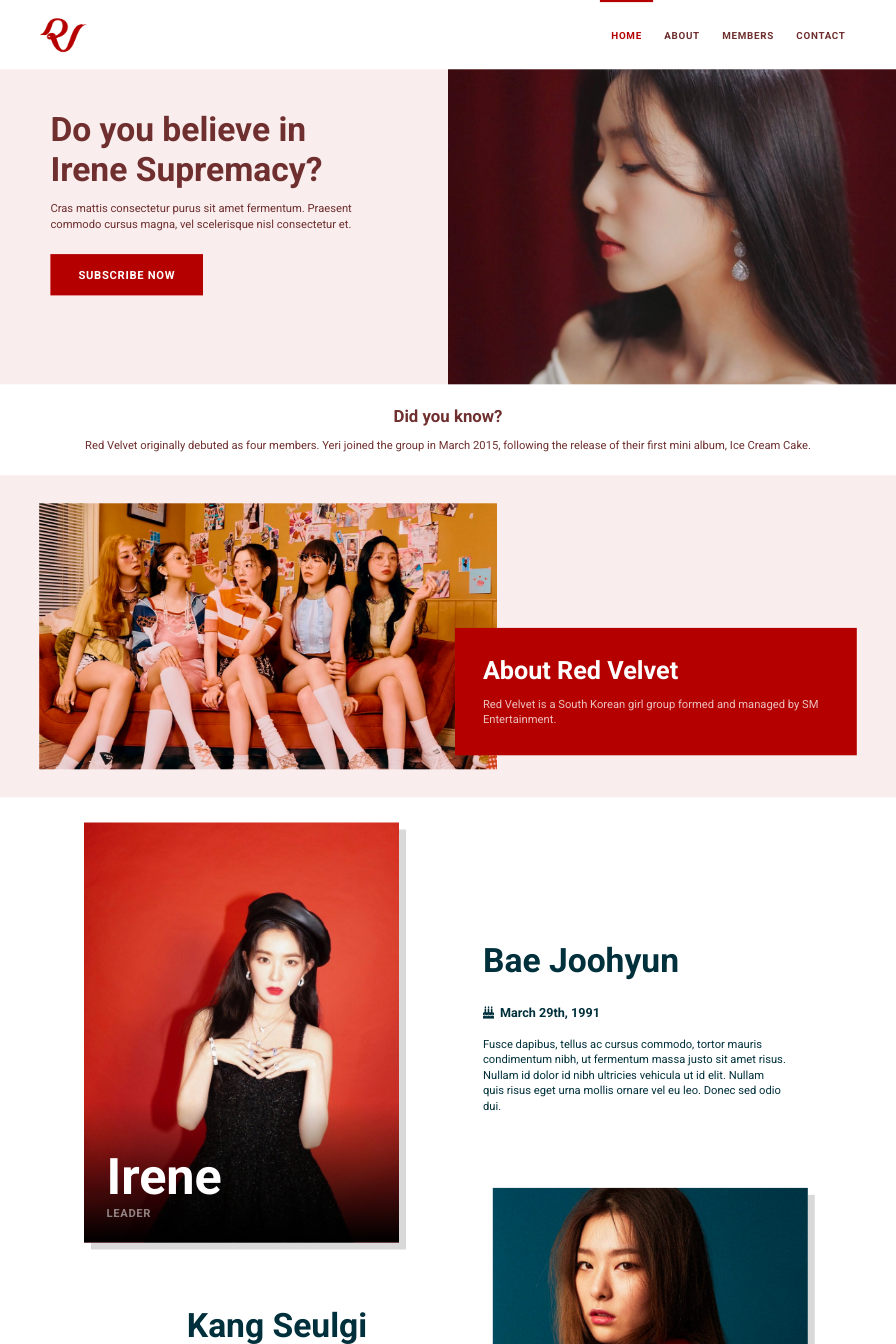
Repository: stillnotdavid/eternity-university
Page: app/index.html
The author's editor kept a copy of each file at every save. The page is drawn from the files as they stood at one save, then again after the next save.
The browser window is 1280 px wide. The pictures show the part of the page from y = 0 to 1920 px (the page is 3377 px tall), at 70% of full size.
The style sheet was rebuilt from its Sass, Less or Tailwind sources for each picture, by a compiler version that may differ from the author's.

Above is the page before, as saved 2021-12-05 21:31:48.

After the next save:
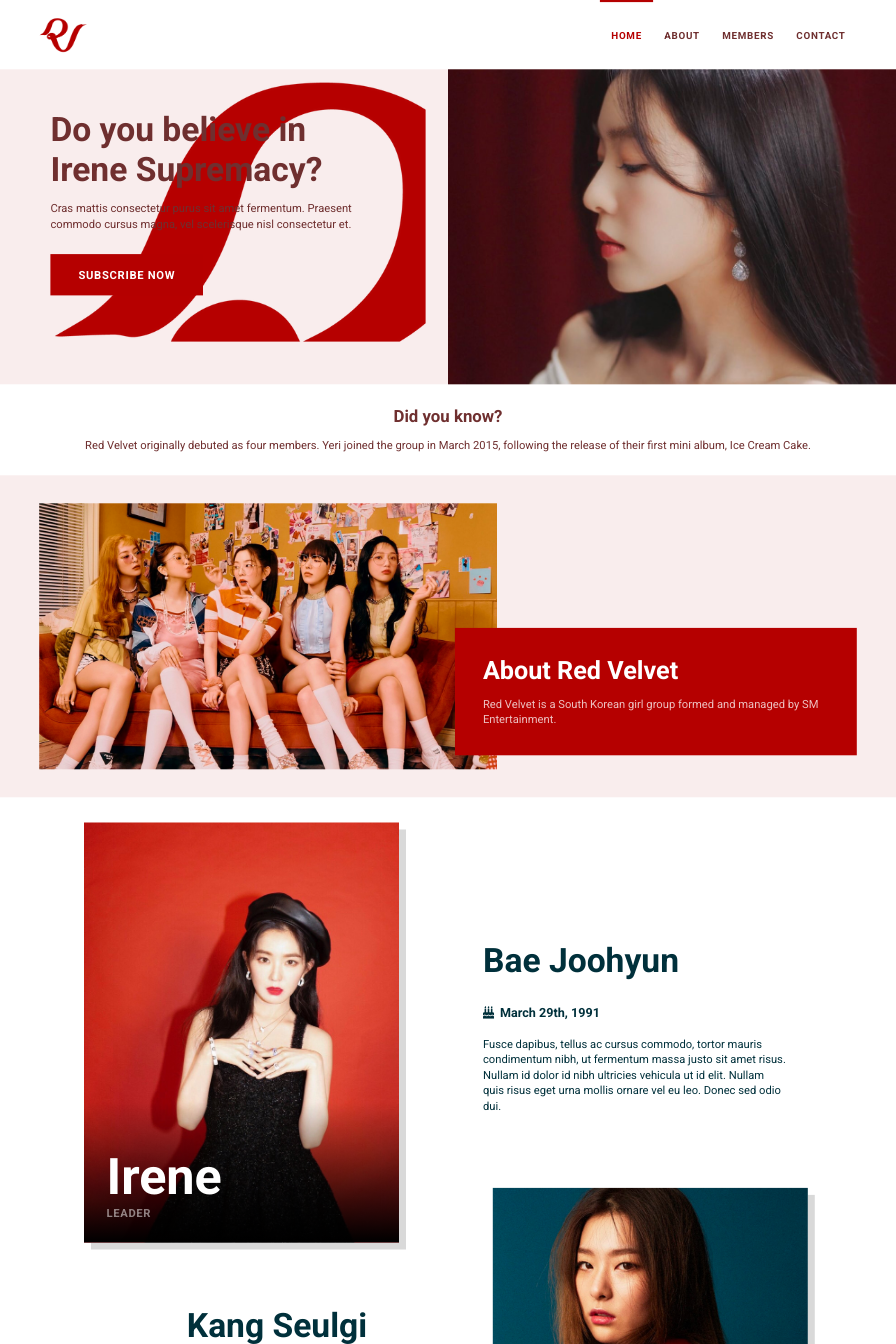
Saved 109 s later.
--- a/app/styles/components/_hero.scss
+++ b/app/styles/components/_hero.scss
@@ -12,6 +12,7 @@
   &__cta {
     flex: 0 0 50%;
     padding: 50px 100px 50px 0;
+    background-image: url(../../images/logo.png);
   }
 
   &__image {

After the save that followed:
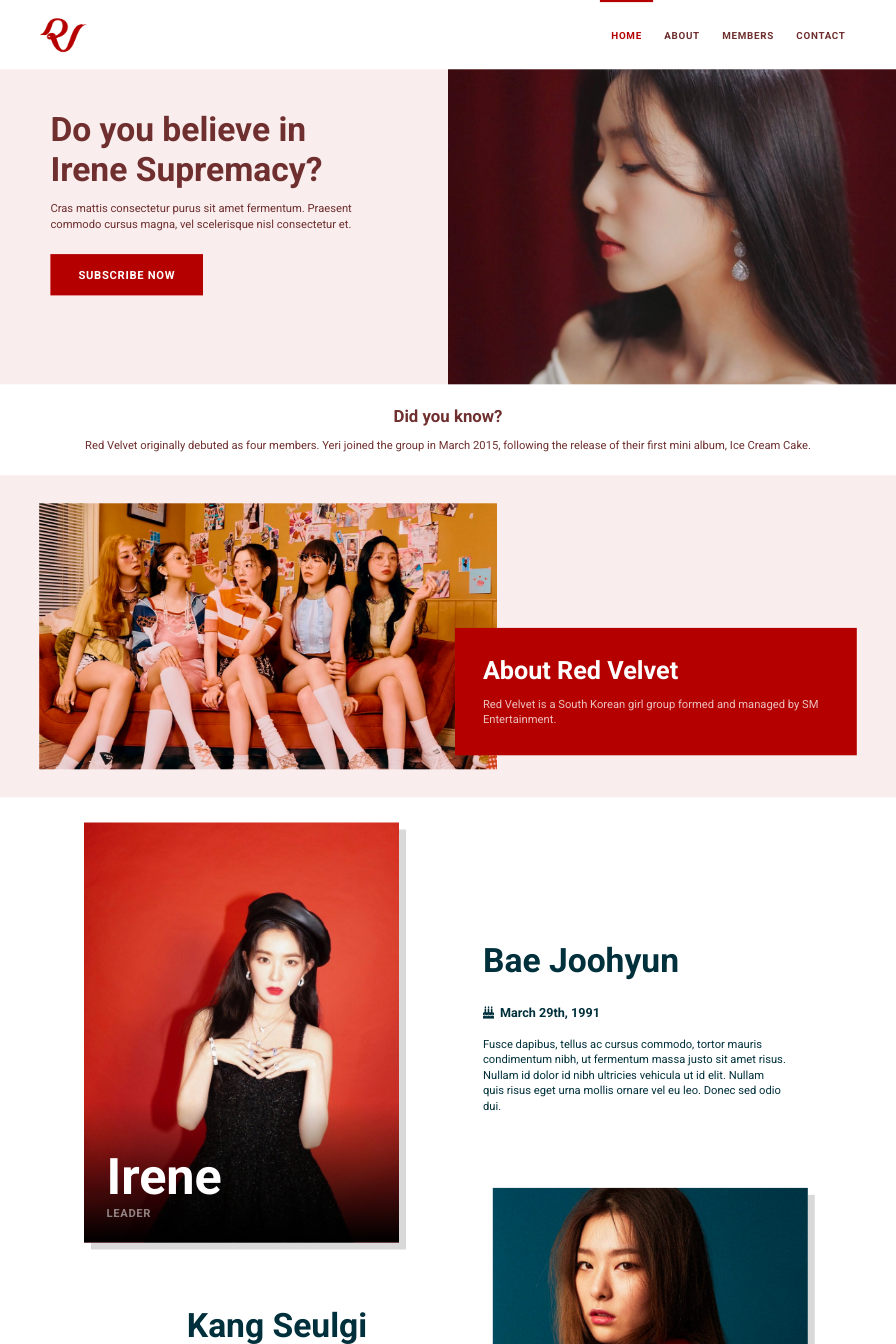
Saved 24 s later.
--- a/app/styles/components/_hero.scss
+++ b/app/styles/components/_hero.scss
@@ -12,7 +12,6 @@
   &__cta {
     flex: 0 0 50%;
     padding: 50px 100px 50px 0;
-    background-image: url(../../images/logo.png);
   }
 
   &__image {
